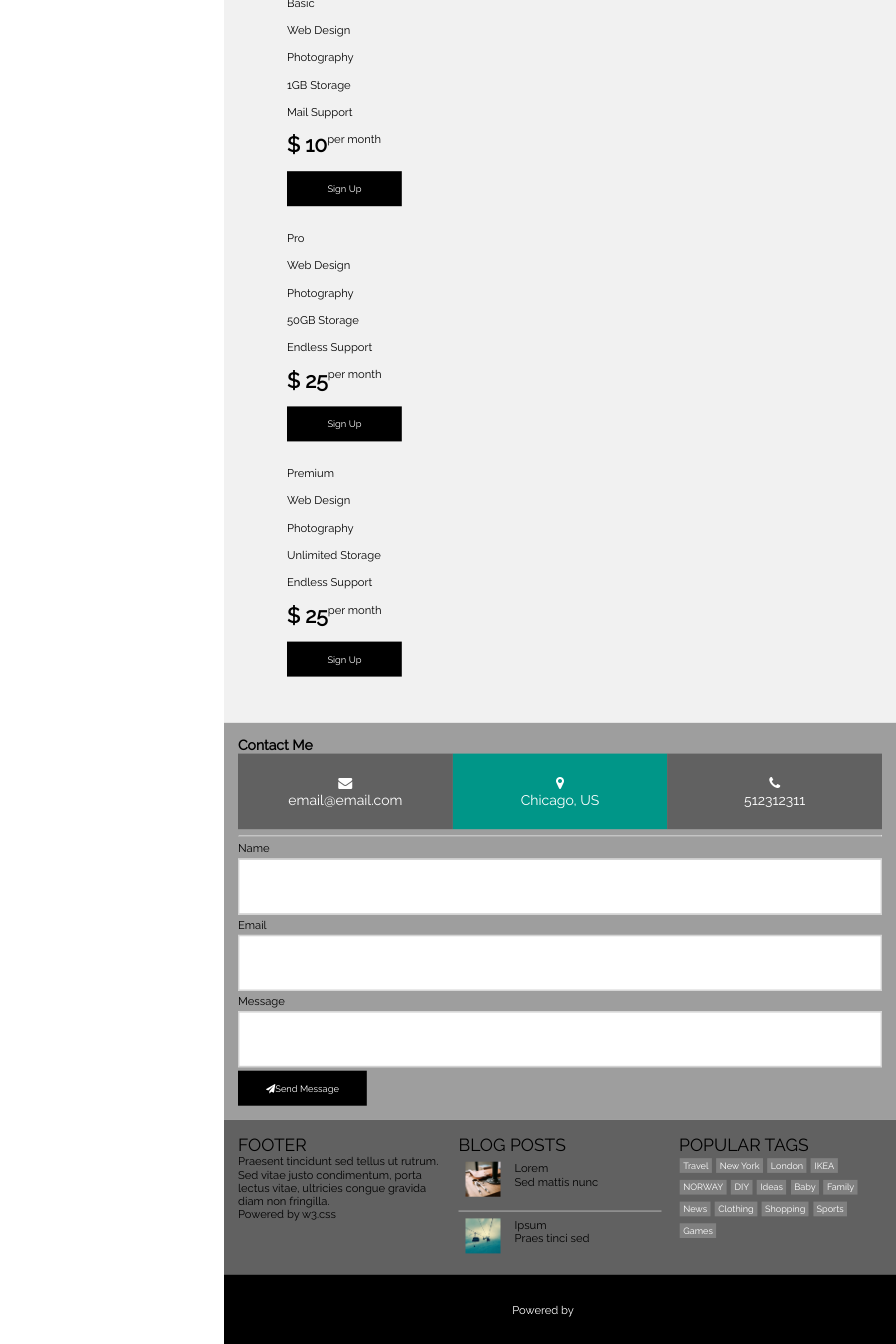
Repository: hesshess/clonecoding-assignment
Page: 5-nature-portfolio/template5.html
These files come from the project's save history. The page is drawn as it stood at one moment and after a run of saves; the edit follows.
The browser window is 1280 px wide. The pictures show the part of the page from y = 1722 to 3642 px (the page is 3642 px tall before and 3612 px after), at 70% of full size.

Above is the page before, as saved 2022-03-22 00:08:05.

### 5-nature-portfolio/template5.html
<!DOCTYPE html>
<html>
  <head>
    <title>Nature Portfolio</title>
    <meta charset="UTF-8" />
    <meta name="viewport" content="width=device-width, initial-scale=1" />

    <link
      rel="stylesheet"
      href="https://fonts.googleapis.com/css?family=Raleway"
    />
    <link
      rel="stylesheet"
      href="https://cdnjs.cloudflare.com/ajax/libs/font-awesome/4.7.0/css/font-awesome.min.css"
    />
    <link rel="stylesheet" href="./template5.css" />
  </head>
  <body>
    <!-- Sidebar/menu -->
    <nav id="mySidebar" class="column">
      <img src="./img/avatar_g2.jpg" />
      <h2><b>PORTFOLIO</b></h2>
      <p style="color: gray">Template by W3.CSS</p>

      <a href="#portfolio" style="color: #009688"
        ><i class="fa fa-th-large fa-fw"></i>PORTFOLIO</a
      >
      <a href="#about"><i class="fa fa-user fa-fw"></i>ABOUT</a>
      <a href="#contact"><i class="fa fa-envelope fa-fw"></i>CONTACT</a>

      <div>
        <i class="fa fa-facebook-official w3-hover-opacity"></i>
        <i class="fa fa-instagram"></i>
        <i class="fa fa-snapchat"></i>
        <i class="fa fa-pinterest-p"></i>
        <i class="fa fa-twitter"></i>
        <i class="fa fa-linkedin"></i>
      </div>
    </nav>
    <div class="back"></div>
    <!-- !PAGE CONTENT! -->
    <div class="front">
      <div class="cv">
        <!-- Header -->
        <header id="portfolio">
          <div>
            <h1><b>My Portfolio</b></h1>
            <div class="filter">
              <div class="f1">Filter:</div>
              <div class="filter_btn">ALL</div>
              <div class="filter_btn"><i class="fa fa-diamond"></i>Design</div>
              <div class="filter_btn"><i class="fa fa-photo"></i>Photos</div>
              <div class="filter_btn"><i class="fa fa-map-pin"></i>Art</div>
            </div>
            <div class="bar"></div>
          </div>
        </header>

        <!-- Photo Grid-->

        <div class="grid">
          <div class="box">
            <img src="./img/mountains.jpg" alt="Norway" />
            <div class="box-txt">
              <p><b>Lorem Ipsum</b></p>
              <p>
                Praesent tincidunt sed tellus ut rutrum. Sed vitae justo
                condimentum, porta lectus vitae, ultricies congue gravida diam
                non fringilla.
              </p>
            </div>
          </div>

          <div class="box">
            <img src="./img/lights.jpg" alt="Norway" />
            <div class="box-txt">
              <p><b>Lorem Ipsum</b></p>
              <p>
                Praesent tincidunt sed tellus ut rutrum. Sed vitae justo
                condimentum, porta lectus vitae, ultricies congue gravida diam
                non fringilla.
              </p>
            </div>
          </div>

          <div class="box">
            <img src="./img/nature.jpg" alt="Norway" />
            <div class="box-txt">
              <p><b>Lorem Ipsum</b></p>
              <p>
                Praesent tincidunt sed tellus ut rutrum. Sed vitae justo
                condimentum, porta lectus vitae, ultricies congue gravida diam
                non fringilla.
              </p>
            </div>
          </div>

          <div class="box">
            <img src="./img/p1.jpg" alt="Norway" />
            <div class="box-txt">
              <p><b>Lorem Ipsum</b></p>
              <p>
                Praesent tincidunt sed tellus ut rutrum. Sed vitae justo
                condimentum, porta lectus vitae, ultricies congue gravida diam
                non fringilla.
              </p>
            </div>
          </div>
          <div class="box">
            <img src="./img/p2.jpg" alt="Norway" />
            <div class="box-txt">
              <p><b>Lorem Ipsum</b></p>
              <p>
                Praesent tincidunt sed tellus ut rutrum. Sed vitae justo
                condimentum, porta lectus vitae, ultricies congue gravida diam
                non fringilla.
              </p>
            </div>
          </div>

          <div class="box">
            <img src="./img/p3.jpg" alt="Norway" />
            <div class="box-txt">
              <p><b>Lorem Ipsum</b></p>
              <p>
                Praesent tincidunt sed tellus ut rutrum. Sed vitae justo
                condimentum, porta lectus vitae, ultricies congue gravida diam
                non fringilla.
              </p>
            </div>
          </div>
        </div>

        <!-- Pagination -->

        <div class="pagination">
          <a class="page" href="#">«</a>
          <a class="page" href="#">1</a>
          <a class="page" href="#">2</a>
          <a class="page" href="#">3</a>
          <a class="page" href="#">4</a>
          <a class="page" href="#">»</a>
        </div>

        <!-- Images of Me -->
        <div id="about">
          <div>
            <img src="./img/avatar_g.jpg" alt="Me" />
          </div>
          <div>
            <img src="./img/me2.jpg" alt="Me" />
          </div>
        </div>

        <div class="about-txt">
          <h4><b>About Me</b></h4>
          <p>
            Just me, myself and I, exploring the universe of unknownment. I have
            a heart of love and an interest of lorem ipsum and mauris neque quam
            blog. I want to share my world with you. Praesent tincidunt sed
            tellus ut rutrum. Sed vitae justo condimentum, porta lectus vitae,
            ultricies congue gravida diam non fringilla. Praesent tincidunt sed
            tellus ut rutrum. Sed vitae justo condimentum, porta lectus vitae,
            ultricies congue gravida diam non fringilla.
          </p>
          <hr />

          <h4>Technical Skills</h4>
          <!-- Progress bars / Skills -->
          <p>Photography</p>
          <div>
            <div>95%</div>
          </div>
          <p>Web Design</p>
          <div>
            <div>85%</div>
          </div>
          <p>Photoshop</p>
          <div>
            <div>80%</div>
          </div>
          <p>
            <button><i class="fa fa-download"></i>Download Resume</button>
          </p>
          <hr />

          <h4>How much I charge</h4>
          <!-- Pricing Tables -->
          <div>
            <div>
              <ul>
                <li>Basic</li>
                <li>Web Design</li>
                <li>Photography</li>
                <li>1GB Storage</li>
                <li>Mail Support</li>
                <li>
                  <h2>$ 10</h2>
                  <span>per month</span>
                </li>
                <li>
                  <button>Sign Up</button>
                </li>
              </ul>
            </div>

            <div>
              <ul>
                <li>Pro</li>
                <li>Web Design</li>
                <li>Photography</li>
                <li>50GB Storage</li>
                <li>Endless Support</li>
                <li>
                  <h2>$ 25</h2>
                  <span>per month</span>
                </li>
                <li>
                  <button>Sign Up</button>
                </li>
              </ul>
            </div>

            <div>
              <ul>
                <li>Premium</li>
                <li>Web Design</li>
                <li>Photography</li>
                <li>Unlimited Storage</li>
                <li>Endless Support</li>
                <li>
                  <h2>$ 25</h2>
                  <span>per month</span>
                </li>
                <li>
                  <button>Sign Up</button>
                </li>
              </ul>
            </div>
          </div>
        </div>
      </div>
      <!-- Contact Section -->
      <div class="contact">
        <h4 id="contact"><b>Contact Me</b></h4>
        <div class="contact-box">
          <div class="contact-box-sm">
            <p><i class="fa fa-envelope"></i></p>
            <p>email@email.com</p>
          </div>
          <div class="contact-box-sm" style="background-color: #009688">
            <p>
              <i class="fa fa-map-marker"></i>
            </p>
            <p>Chicago, US</p>
          </div>
          <div class="contact-box-sm">
            <p><i class="fa fa-phone"></i></p>
            <p>512312311</p>
          </div>
        </div>
        <hr />
        <form>
          <div>
            <label>Name</label>
            <input type="text" name="Name" required />
          </div>
          <div>
            <label>Email</label>
            <input type="text" name="Email" required />
          </div>
          <div>
            <label>Message</label>
            <input type="text" name="Message" required />
          </div>
          <button type="submit">
            <i class="fa fa-paper-plane"></i>Send Message
          </button>
        </form>
      </div>

      <!-- Footer -->
      <footer>
        <div>
          <h3>FOOTER</h3>
          <p>
            Praesent tincidunt sed tellus ut rutrum. Sed vitae justo
            condimentum, porta lectus vitae, ultricies congue gravida diam non
            fringilla.
          </p>
          <p>
            Powered by
            <a>w3.css</a>
          </p>
        </div>

        <div class="footer-box post">
          <h3>BLOG POSTS</h3>

          <li class="border">
            <img src="./img/workshop.jpg" />
            <div class="list-text">
              <span>Lorem</span><br />
              <span>Sed mattis nunc</span>
            </div>
          </li>
          <li>
            <img src="./img/gondol.jpg" />
            <div class="list-text">
              <span>Ipsum</span><br />
              <span>Praes tinci sed</span>
            </div>
          </li>
        </div>

        <div class="footer-box">
          <h3>POPULAR TAGS</h3>
          <p>
            <span class="tag">Travel</span>
            <span class="tag">New York</span>
            <span class="tag">London</span>
            <span class="tag">IKEA</span>
            <span class="tag">NORWAY</span>
            <span class="tag">DIY</span>
            <span class="tag">Ideas</span>
            <span class="tag">Baby</span>
            <span class="tag">Family</span>
            <span class="tag">News</span>
            <span class="tag">Clothing</span>
            <span class="tag">Shopping</span>
            <span class="tag">Sports</span>
            <span class="tag">Games</span>
          </p>
        </div>
      </footer>

      <!-- End page content -->

      <div class="footer">
        Powered by
        <a>w3.css</a>
      </div>
    </div>
  </body>
</html>

### 5-nature-portfolio/template5.css
body,
h1,
h2,
h3,
h4,
h5,
h6,
p {
  font-family: 'Raleway', sans-serif;
  margin: 0;
}
h1 {
  font-size: 40px;
}
h2 {
  font-size: 30px;
}
h3 {
  font-size: 25px;
  font-weight: 100;
}
h4 {
  font-size: 20px;
}
h5 {
  font-size: 15px;
}
h6 {
  font-size: 10px;
}
img {
  max-width: 100%;
}
* {
  box-sizing: border-box;
}

a {
  text-decoration: none;
  color: black;
}
a:hover {
  background-color: lightgray;
}
body {
  display: grid;
  gap: 0;
  grid-template-columns: 1fr 3fr;
  grid-template-rows: 3fr;
}
nav {
  width: 25%;
  position: fixed;
  height: 70%;
  margin: 0;
  padding: 30px;
  background-color: white;
}
.column {
  display: flex;
  flex-direction: column;
  justify-content: space-between;
}
#mySidebar > img {
  width: 50%;
  border-radius: 5px;
}
.cv {
  background-color: #f1f1f1;
  padding: 20px;
}
.filter {
  display: flex;
  align-items: center;
  padding: 20px 0;
}
.f1 {
  margin-right: 20px;
}
.filter_btn {
  padding: 10px 20px;
  margin-right: 10px;
  background-color: white;
}

.bar {
  background-color: #cccccc;
  height: 7px;
  width: 100%;
  margin-bottom: 20px;
}
.grid {
  display: grid;
  gap: 20px;
  grid-template:
    'box box box' 1fr
    'box box box' 1fr / 1fr 1fr 1fr;
}

.box img {
  width: 100%;
}
.box-txt {
  background-color: white;
  padding: 10px;
}
.pagination {
  padding: 50px;
  display: flex;
  justify-content: center;
}
.page {
  width: 5%;
  padding: 20px;
  display: flex;
  justify-content: center;
  align-items: center;
}
#about {
  display: flex;
  justify-content: space-evenly;
}
.about-txt {
  padding: 20px;
}

.contact-box {
  width: 100%;
  display: grid;
  grid-template: 'box box box' 1fr / 1fr 1fr 1fr;
}
.contact-box-sm {
  margin: auto;
  width: 100%;
  padding: 30px 0;
  color: white;
  display: flex;
  flex-direction: column;
  justify-content: center;
  align-items: center;
  font-size: 20px;
  background-color: #616161;
}
.contact {
  background-color: #9e9e9e;
  padding: 20px;
}

form {
  margin: auto;
  width: 100%;
}
form button.message {
  background-color: black;
  color: white;
}
input {
  margin: 5px auto;
  width: 100%;
  padding: 30px 0;
  font-family: inherit;
  border: 2px solid lightgray;
}
button {
  border: none;
  width: 20%;
  height: 50px;
  background-color: black;
  color: white;
  font-family: inherit;
}
button:hover {
  background-color: gray;
}

footer {
  background-color: #616161;
  margin: auto;
  padding: 20px;
  display: grid;
  gap: 25px;
  grid-template: 'box box box' 1fr/ 1fr 1fr 1fr;
}
li img {
  height: 50px;
}
li {
  display: flex;
  padding: 10px;
}

.list-text {
  padding-left: 20px;
}
.border {
  padding-bottom: 20px;
  border-bottom: 1px solid lightgray;
}

.tag {
  font-size: 13px;
  padding: 3px 5px;
  display: inline-block;
  background-color: gray;
  color: white;
  margin: 5px 1px;
}
.footer {
  display: flex;
  padding: 20px;
  height: 100px;
  justify-content: center;
  align-items: center;
  background: black;
  color: white;
}

After the next 2 saves:
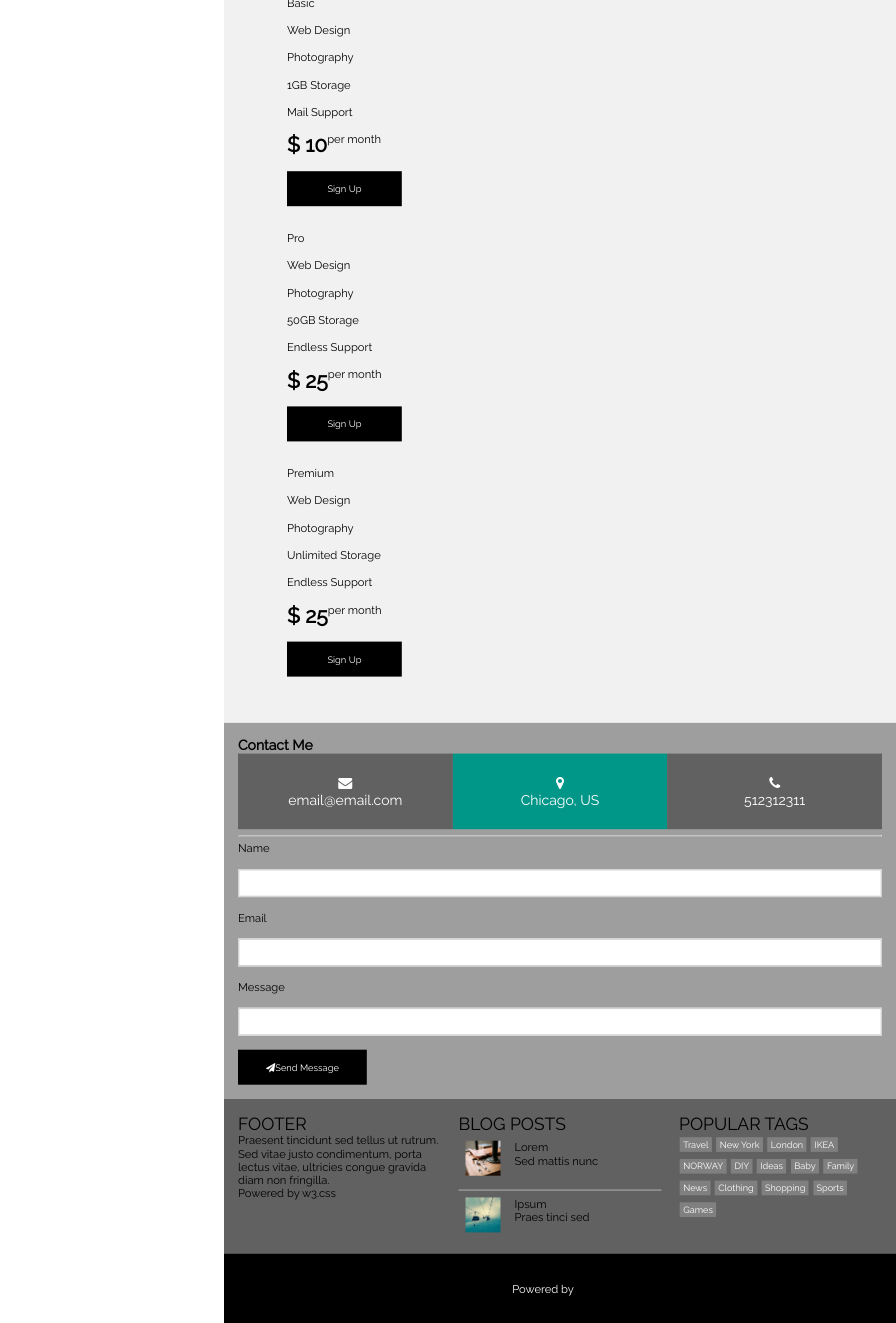
The 2 saves are shown as one change because they came seconds apart.
The last was saved 27 s later.
--- a/5-nature-portfolio/template5.css
+++ b/5-nature-portfolio/template5.css
@@ -157,7 +157,8 @@ form button.message {
 input {
   margin: 5px auto;
   width: 100%;
-  padding: 30px 0;
+  padding: 10px;
+  margin: 20px 0;
   font-family: inherit;
   border: 2px solid lightgray;
 }
